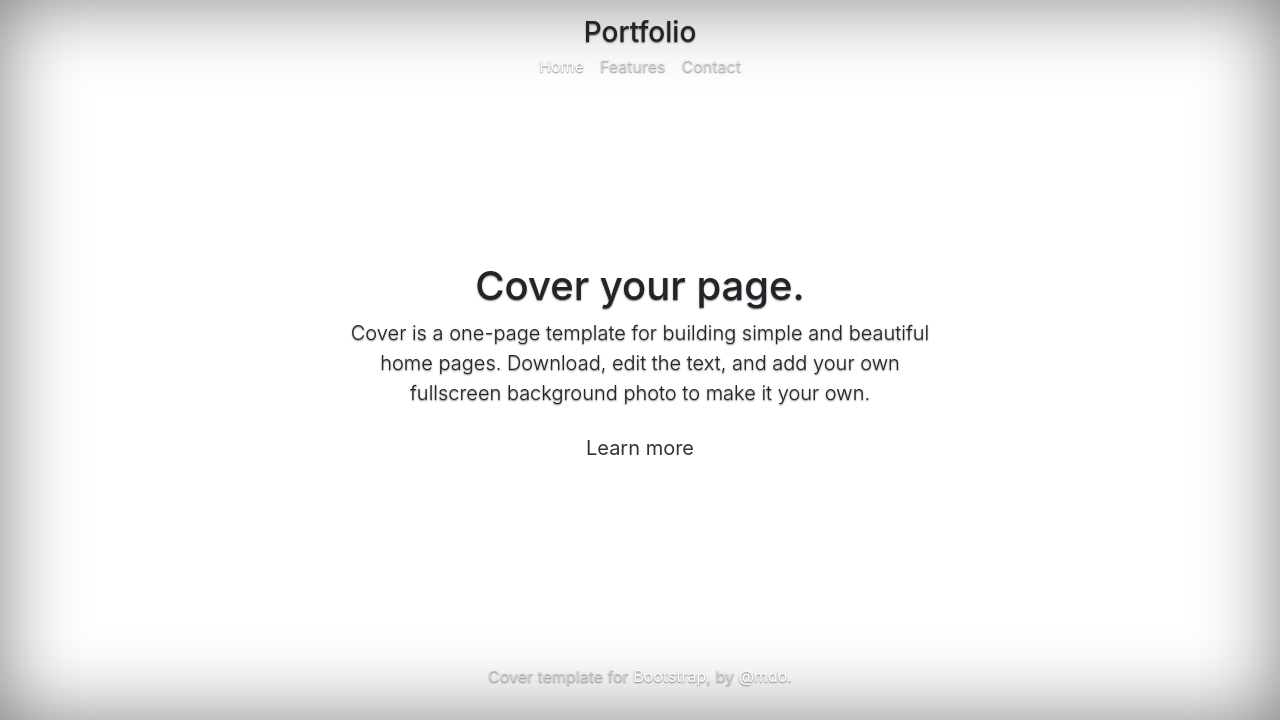
Repository: Shlahla48/zaio-bootstrap-portfolio
Page: index.html
An editor plug-in stored every save of this project. The page is shown before and after the next save, followed by the edit.
The browser window is 1280 px wide. The pictures show the whole page.

Above is the page before, as saved 2022-10-10 13:45:12.

After the next save:
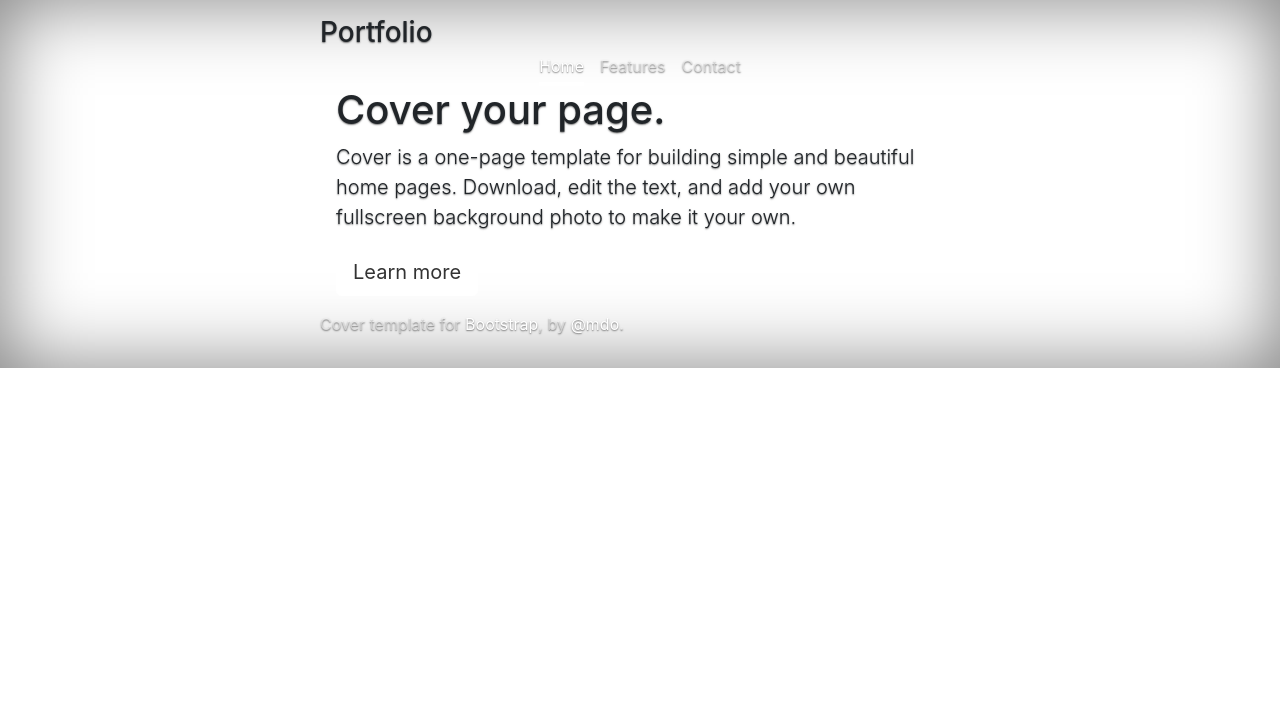
Saved 5 min 48 s later.
--- a/index.html
+++ b/index.html
@@ -72,7 +72,7 @@
     <!-- Custom styles for this template -->
     <link href="cover.css" rel="stylesheet">
   </head>
-  <body class="d-flex h-100 text-center text-bg-dark">
+  <body class="">
 
 <div class="cover-container d-flex w-100 h-100 p-3 mx-auto flex-column">
   <header class="mb-auto">
